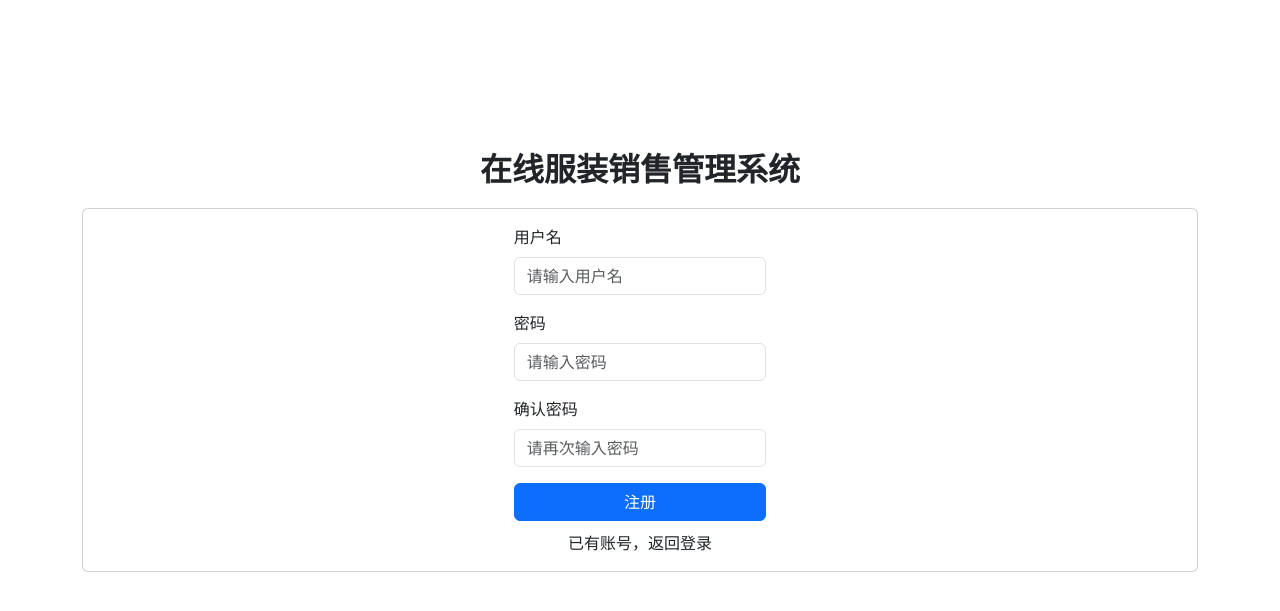
Repository: squawktop/CFS
Page: /user/register (app in web/)
These files come from the project's save history. The page is drawn as it stood at one moment and after the next save; the edit follows.
The browser window is 1280 px wide. The pictures show the whole page.
The project was rebuilt for these pictures with package versions that can differ from the ones it lists, and the page was loaded fresh each time. Also part of the build but not shown: web/vue.config.js, web/src/views/LoginView.vue, web/src/components/NavBar.vue, web/src/views/HomeView.vue, web/src/views/UsersManageView.vue, web/src/views/PersonalCenterView.vue, web/src/views/GoodsManageView.vue, web/src/views/OrdersManageView.vue and 1 more.

Above is the page before, as saved 2024-03-23 18:56:04.

After the next save:
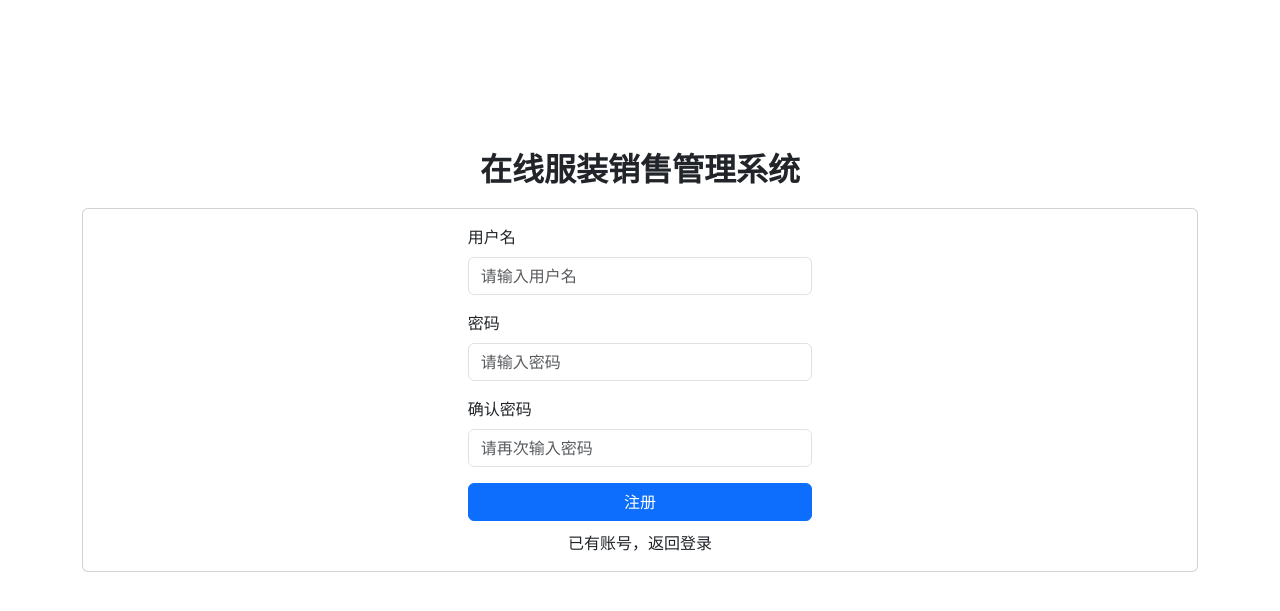
Saved 14 s later.
--- a/web/src/views/RegisterView.vue
+++ b/web/src/views/RegisterView.vue
@@ -3,7 +3,7 @@
         <h2>在线服装销售管理系统</h2>
         <ContentField>
             <div class="row justify-content-md-center">
-                <div class="col-3 ">
+                <div class="col-4">
                     <form @submit.prevent="register">
                         <div class="mb-3 ">
                             <label for="username" class="form-label">用户名</label>

After the save that followed:
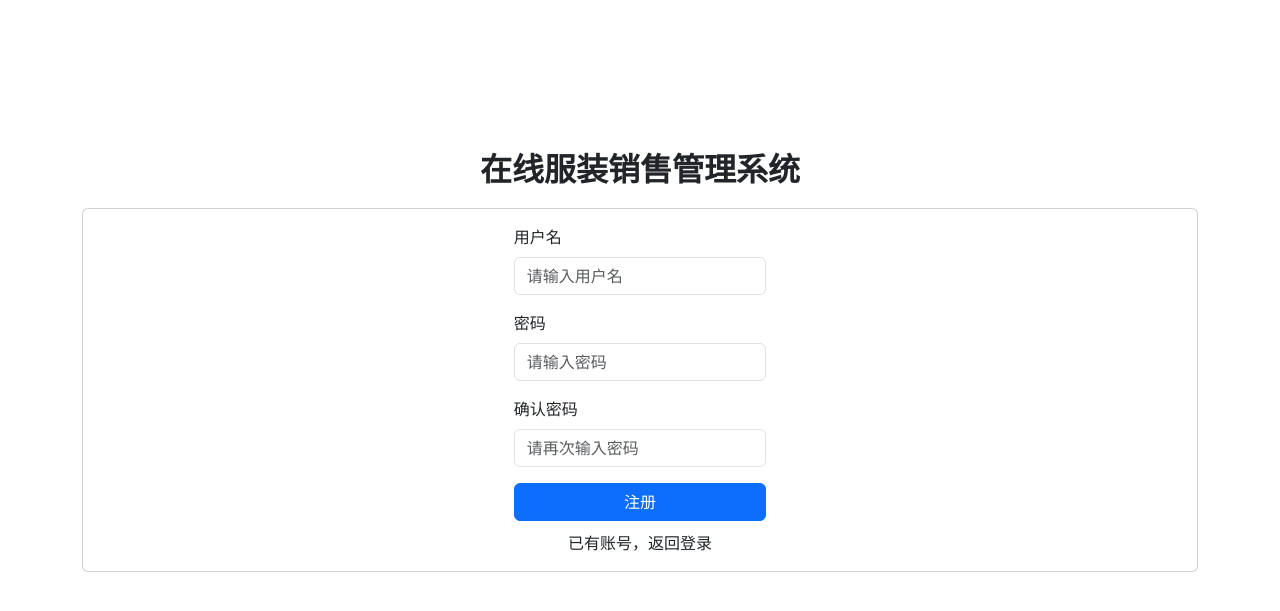
Saved 19 s later.
--- a/web/src/views/RegisterView.vue
+++ b/web/src/views/RegisterView.vue
@@ -3,7 +3,7 @@
         <h2>在线服装销售管理系统</h2>
         <ContentField>
             <div class="row justify-content-md-center">
-                <div class="col-4">
+                <div class="col-3">
                     <form @submit.prevent="register">
                         <div class="mb-3 ">
                             <label for="username" class="form-label">用户名</label>
